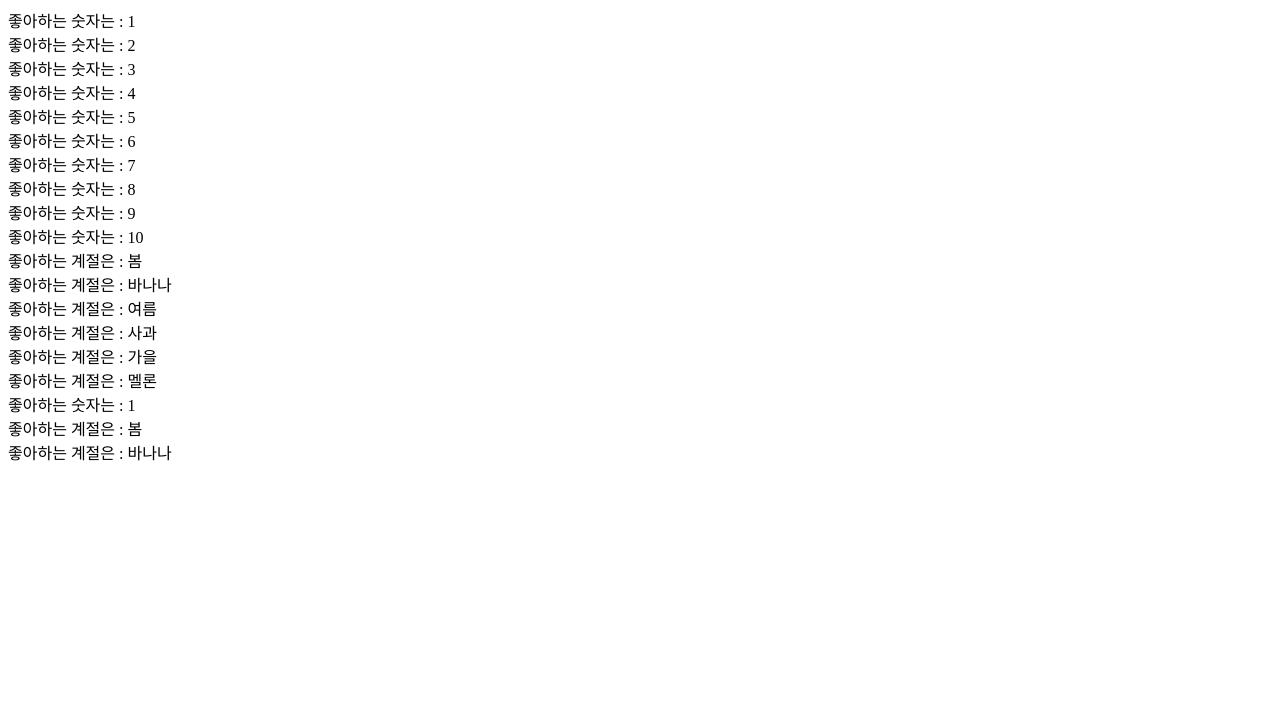
Repository: percussion8/jsp-servlet
Page: http://localhost/basic1007_1/array.jsp
The author's editor kept a copy of each file at every save. The page is drawn from the files as they stood at one save, then again after the next save.
The browser window is 1280 px wide. The pictures show the whole page.
The page is served by Tomcat 9.

Above is the page before, as saved 2020-10-08 08:51:39.

After the next save:
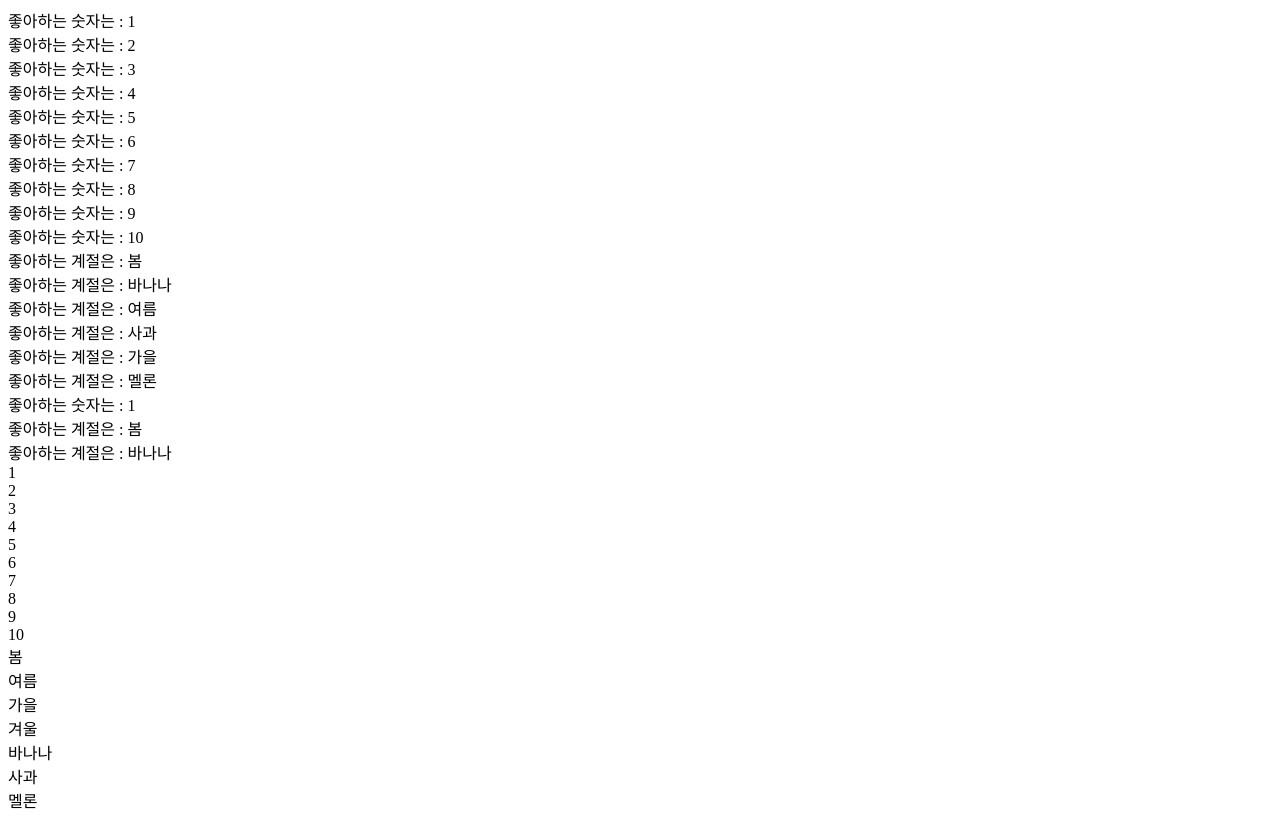
Saved 11 min 45 s later.
--- a/basic1007_1/WebContent/array.jsp
+++ b/basic1007_1/WebContent/array.jsp
@@ -23,4 +23,8 @@
 	out.print("좋아하는 계절은 : " + season[0]+ "<br>");
 	out.print("좋아하는 계절은 : " + fruit[0]+ "<br>");
 
+	for(int i : number) out.print(i+"<br>");
+	for(String i : season) out.print(i+"<br>");
+	for(String i : fruit) out.print(i+"<br>");
+
 %>
